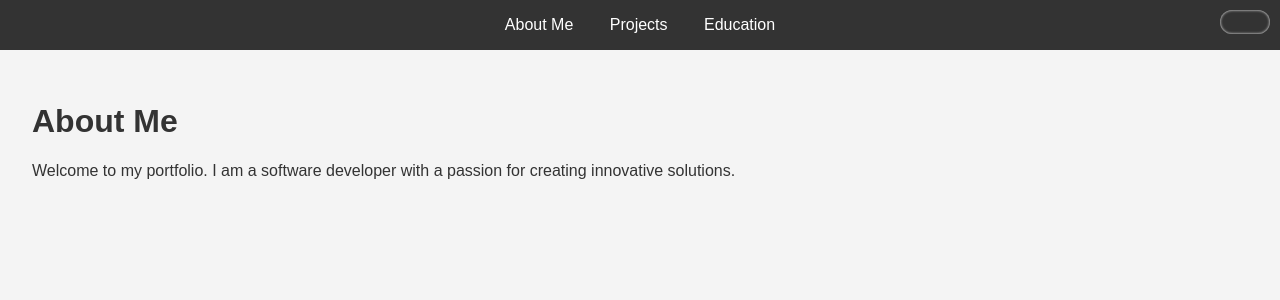
Repository: yssine/Portfolio
Page: http://localhost/
An editor plug-in stored every save of this project. The page is shown before and after the next save, followed by the edit.
The browser window is 1280 px wide. The pictures show the whole page.
The page is served by the project's application, run on Flask 3 (app.py).

Above is the page before, as saved 2024-07-10 23:16:29.

After the next save:
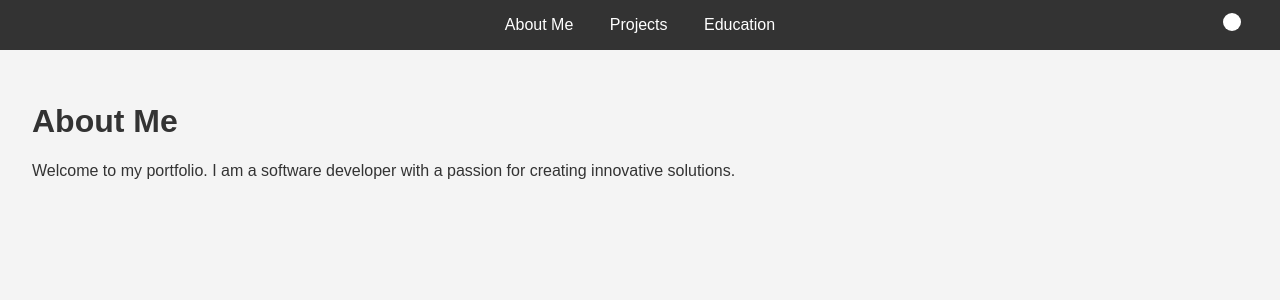
Saved 4 min 41 s later.
--- a/static/style.css
+++ b/static/style.css
@@ -115,7 +115,7 @@
 
 /* ######################################################################################### */
 /* variables */
-:root{
+/* :root{
     --dark: #111111;
     --sun: #ffd700;
     --sun-shadow: #987416;
@@ -287,5 +287,5 @@
     ;
     -webkit-transition: .4s;
     transition: .4s;
-  }
+  } */
   /* #################################################################### */

After the 2 saves that followed:
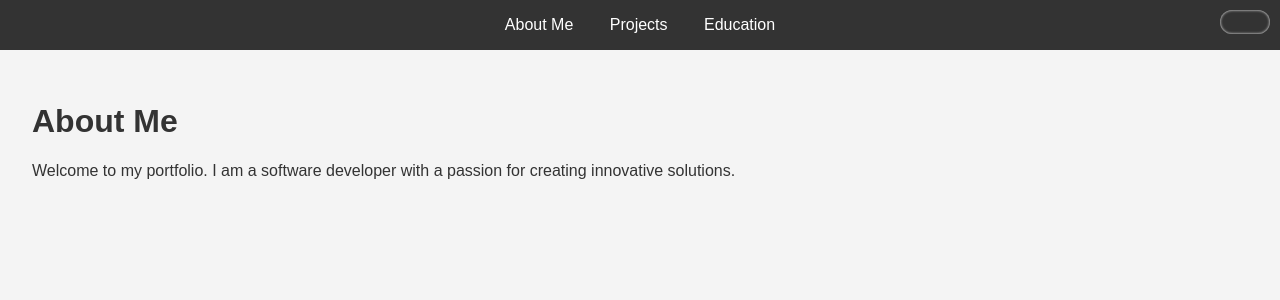
The 2 saves are shown as one change because they came seconds apart.
The last was saved 17 s later.
--- a/static/style.css
+++ b/static/style.css
@@ -115,7 +115,7 @@
 
 /* ######################################################################################### */
 /* variables */
-/* :root{
+:root{
     --dark: #111111;
     --sun: #ffd700;
     --sun-shadow: #987416;
@@ -287,5 +287,5 @@
     ;
     -webkit-transition: .4s;
     transition: .4s;
-  } */
+  }
   /* #################################################################### */
